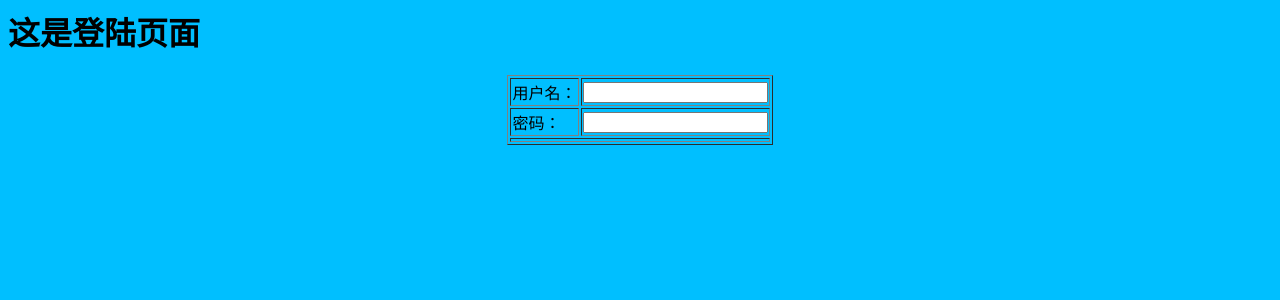
Repository: Fuhai-Chen/javaweb
Page: http://localhost/Chapter_4_example/reponse_comprehensive/login.jsp
An editor plug-in stored every save of this project. The page is shown before and after the next save, followed by the edit.
The browser window is 1280 px wide. The pictures show the whole page.
The page is served by Tomcat 9.

Above is the page before, as saved 2020-09-24 01:08:50.

After the next save:
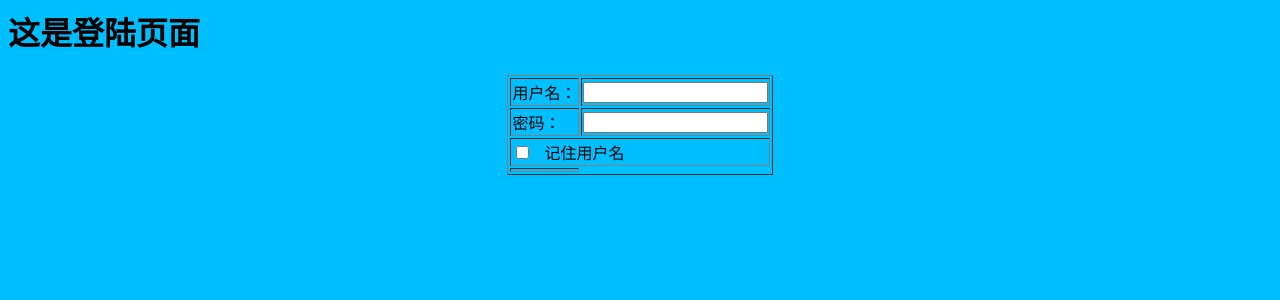
Saved 2 min 52 s later.
--- a/Chapter_4_example/WebRoot/reponse_comprehensive/login.jsp
+++ b/Chapter_4_example/WebRoot/reponse_comprehensive/login.jsp
@@ -65,8 +65,14 @@ String basePath = request.getScheme()+"://"+request.getServerName()+":"+request.
   					number： 设置单元格可横跨的列数。
 					注释：colspan="0" 指示浏览器横跨到列组的最后一列。
   				 -->
+  					<input type = "checkbox" name = "flag"> &nbsp; 记住用户名
+  				</td>
+  			</tr>
+  			<tr>
+  				<td>
 
   				</td>
+
   			</tr>
 
 
